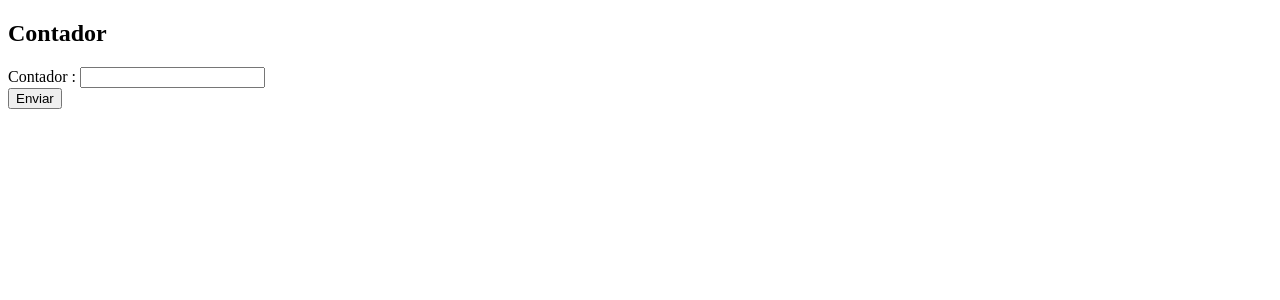
Repository: felipeverdugo/Java-y-Aplicaciones-Avanzadas-sobre-Internet
Page: work/Practica1Web40/src/main/webapp/contador.html
These files come from the project's save history. The page is drawn as it stood at one moment and after a run of saves; the edit follows.
The browser window is 1280 px wide. The pictures show the whole page.

Above is the page before, as saved 2024-03-19 23:12:20.

### work/Practica1Web40/src/main/webapp/contador.html
<!DOCTYPE html>
<html lang="es">
<head>
    <meta charset="UTF-8">
    <title>Contador</title>
</head>
<body>
    <h2>Contador</h2>
    <form action="ContadorVisitas" method="post">
        <label for="nombre">Contador : </label>
        <input type="number" id="contador" name="contador" required>
        <br>
        <input type="submit" value="Enviar">
    </form>
</body>

After the next 2 saves:
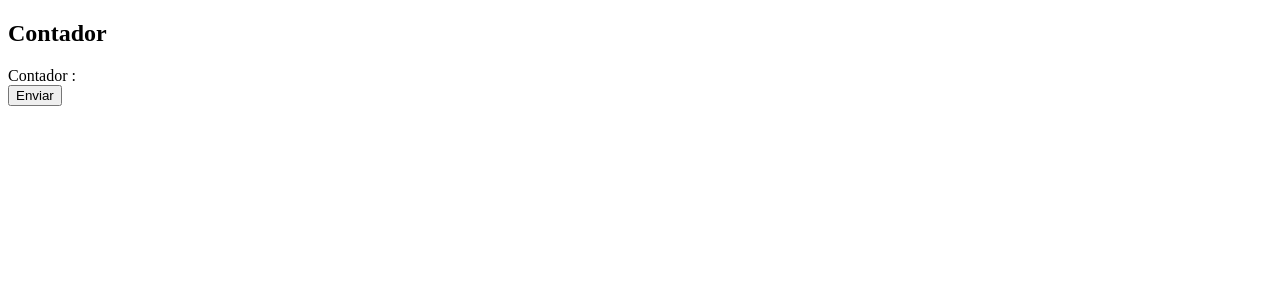
The 2 saves are shown as one change because they came seconds apart.
The last was saved 9 min 58 s later.
--- a/work/Practica1Web40/src/main/webapp/contador.html
+++ b/work/Practica1Web40/src/main/webapp/contador.html
@@ -8,7 +8,6 @@
     <h2>Contador</h2>
     <form action="ContadorVisitas" method="post">
         <label for="nombre">Contador : </label>
-        <input type="number" id="contador" name="contador" required>
         <br>
         <input type="submit" value="Enviar">
     </form>
